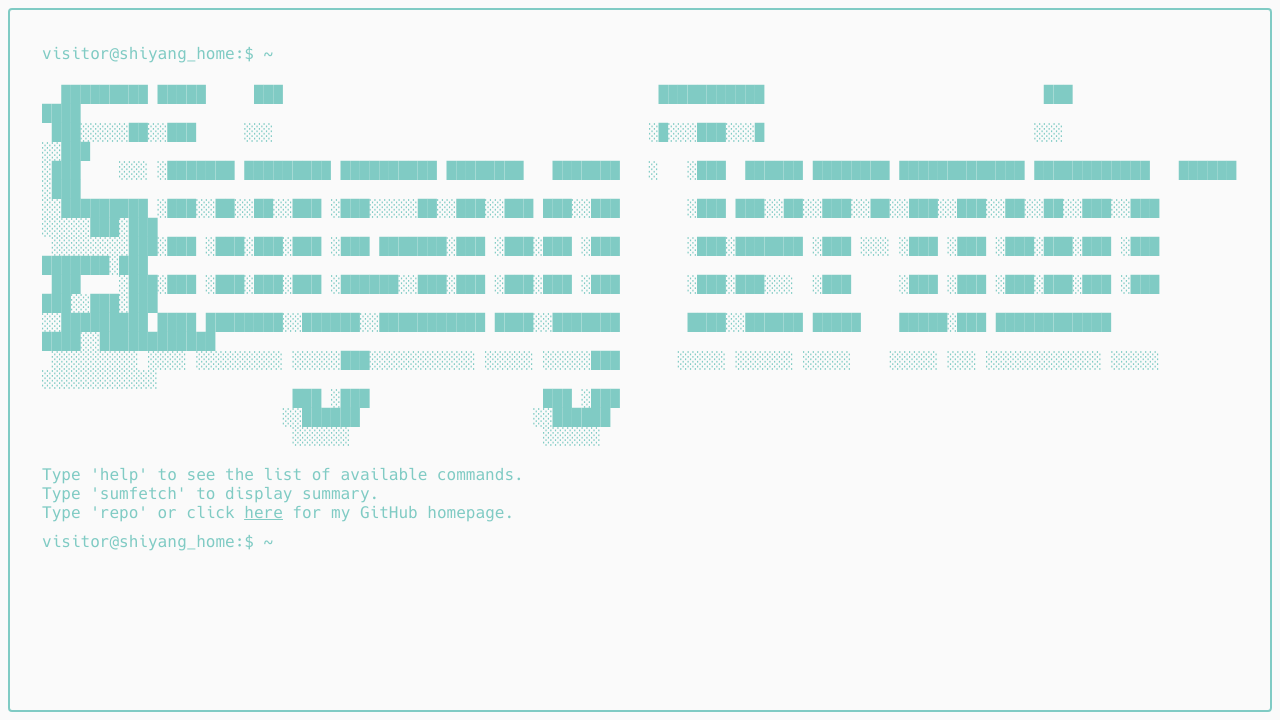
Repository: ShiyangLai/shiyanglai.github.io
Page: /
The author's editor kept a copy of each file at every save. The page is drawn from the files as they stood at one save, then again after the next save.
The browser window is 1280 px wide. The pictures show the whole page.
The project was rebuilt for these pictures with package versions that can differ from the ones it lists, and the page was loaded fresh each time. The framework's server and built-in components were replaced by stand-ins that run in the browser. Also part of the build but not shown: next.config.js, src/utils/bin/commands.ts, src/utils/api.ts, src/utils/bin/api_commands.ts, src/utils/bin/sumfetch.ts.

Above is the page before, as saved 2024-04-15 15:30:10.

After the next save:
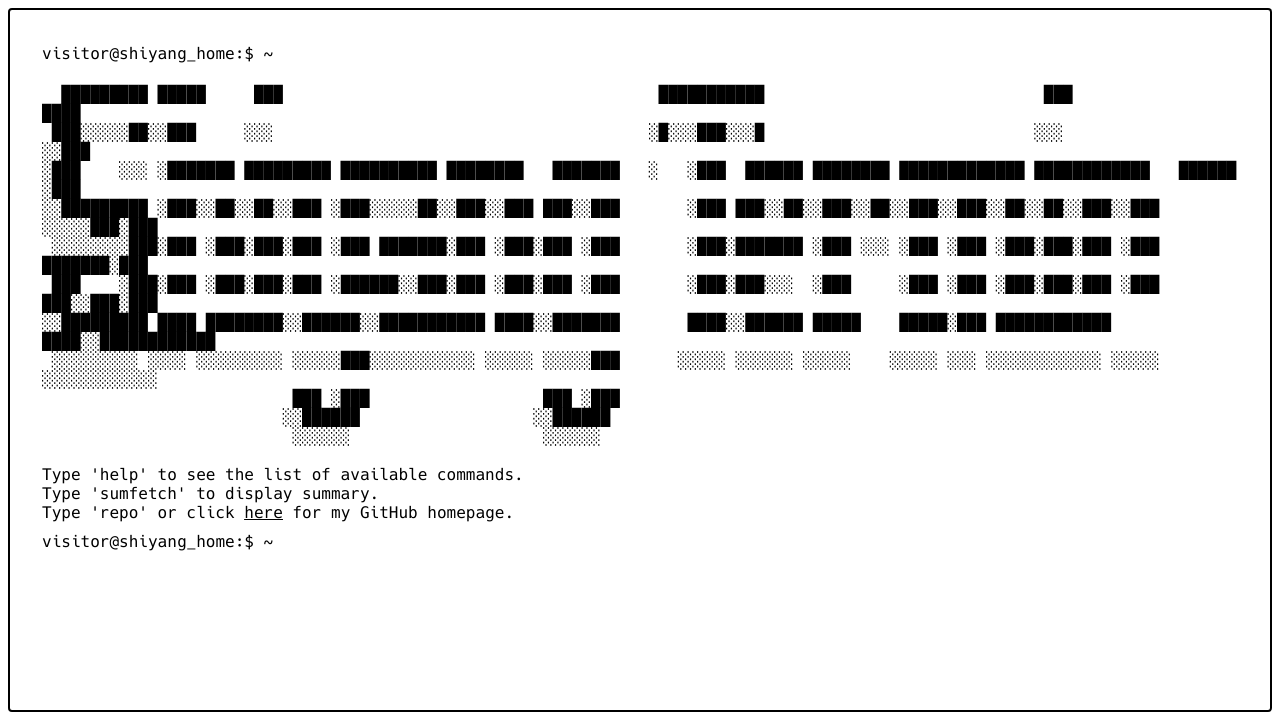
Saved 95 s later.
--- a/config.json
+++ b/config.json
@@ -38,24 +38,26 @@
       "terminal.ansiYellow":"#AE9513"
     },
     "light": {
-      "background": "#FAFAFA",
-      "foreground": "#80CBC4",
-      "ansiBlack": "#FAFAFA",
-      "ansiBlue": "#6182B8",
-      "ansiBrightBlack":"#CCD7DA",
-      "ansiBrightBlue":"#6182B8",
-      "ansiBrightCyan":"#39ADB5",
-      "ansiBrightGreen":"#91B859",
-      "ansiBrightMagenta":"#7C4DFF",
-      "ansiBrightRed":"#FF5370",
-      "ansiBrightWhite":"#FFFFFF",
-      "ansiBrightYellow":"#FFB62C",
-      "ansiCyan":"#39ADB5",
-      "ansiGreen":"#91B859",
-      "ansiMagenta":"#7C4DFF",
-      "ansiRed":"#FF5370",
-      "ansiWhite":"#80CBC4",
-      "ansiYellow":"#FFB62C"
+      "terminal.background":"#FEFBEC",
+      "terminal.foreground":"#6E6B5E",
+      "terminalCursor.background":"#6E6B5E",
+      "terminalCursor.foreground":"#6E6B5E",
+      "terminal.ansiBlack":"#FEFBEC",
+      "terminal.ansiBlue":"#6684E1",
+      "terminal.ansiBrightBlack":"#999580",
+      "terminal.ansiBrightBlue":"#6684E1",
+      "terminal.ansiBrightCyan":"#1FAD83",
+      "terminal.ansiBrightGreen":"#60AC39",
+      "terminal.ansiBrightMagenta":"#B854D4",
+      "terminal.ansiBrightRed":"#D73737",
+      "terminal.ansiBrightWhite":"#20201D",
+      "terminal.ansiBrightYellow":"#AE9513",
+      "terminal.ansiCyan":"#1FAD83",
+      "terminal.ansiGreen":"#60AC39",
+      "terminal.ansiMagenta":"#B854D4",
+      "terminal.ansiRed":"#D73737",
+      "terminal.ansiWhite":"#6E6B5E",
+      "terminal.ansiYellow":"#AE9513"
     }
   }
 }
